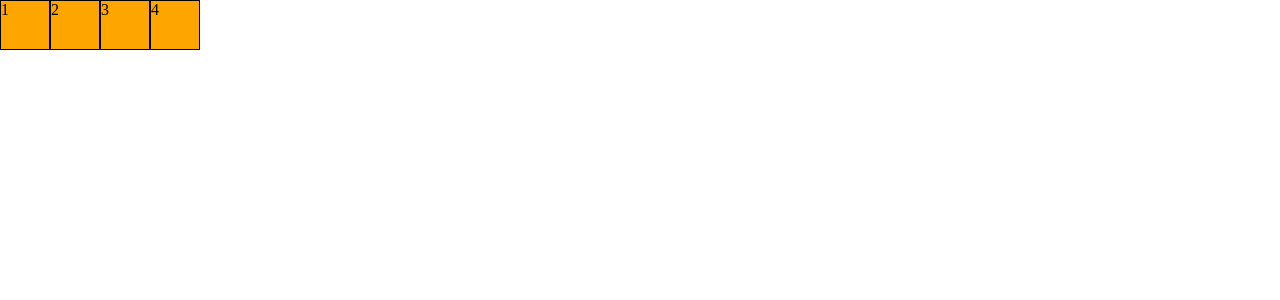
Repository: wisdomphamdev/flex-box
Page: index.html
These files come from the project's save history. The page is drawn as it stood at one moment and after a run of saves; the edit follows.
The browser window is 1280 px wide. The pictures show the whole page.

Above is the page before, as saved 2024-06-10 21:02:02.

### index.html
<!DOCTYPE html>
<html lang="en">
<head>
    <meta charset="UTF-8">
    <meta name="viewport" content="width=device-width, initial-scale=1.0">
    <title>Document</title>
    <link rel="stylesheet" href="style.css">
</head>
<body>
    <div class="container">
        <div class="item">1</div>
        <div class="item">2</div>
        <div class="item">3</div>
        <div class="item">4</div>
    </div>
</body>
</html>

### style.css
*{
    padding: 0;
    margin: 0;
    box-sizing: border-box;
}

.item{
    height: 50px;
    width: 50px;
    border: 1px solid #000;
    background: orange;
}

.container{
    display: flex;
    /* flex-direction: column; */
    /* flex-direction: row; */
    /* flex-direction: column-reverse;*/
    /* flex-direction: row-reverse; */
    flex-wrap: ;


}

After the next 2 saves:
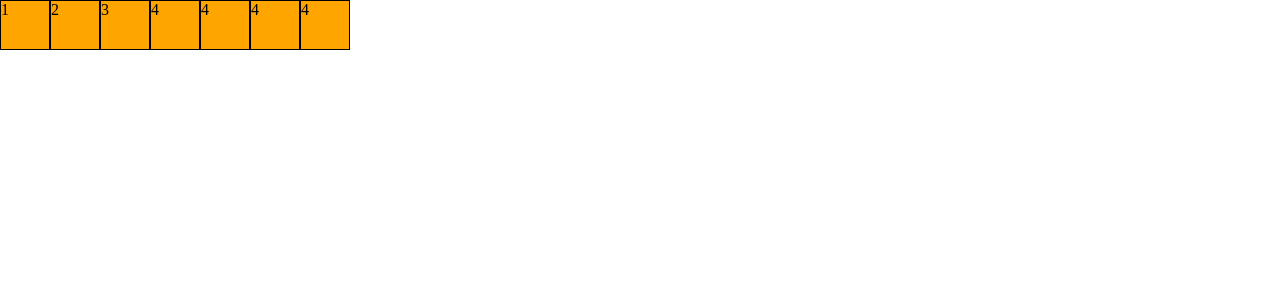
The 2 saves are shown as one change because they came seconds apart.
The last was saved 31 s later.
--- a/index.html
+++ b/index.html
@@ -12,6 +12,10 @@
         <div class="item">2</div>
         <div class="item">3</div>
         <div class="item">4</div>
+        <div class="item">4</div>
+        <div class="item">4</div>
+        <div class="item">4</div>
+
     </div>
 </body>
 </html>
